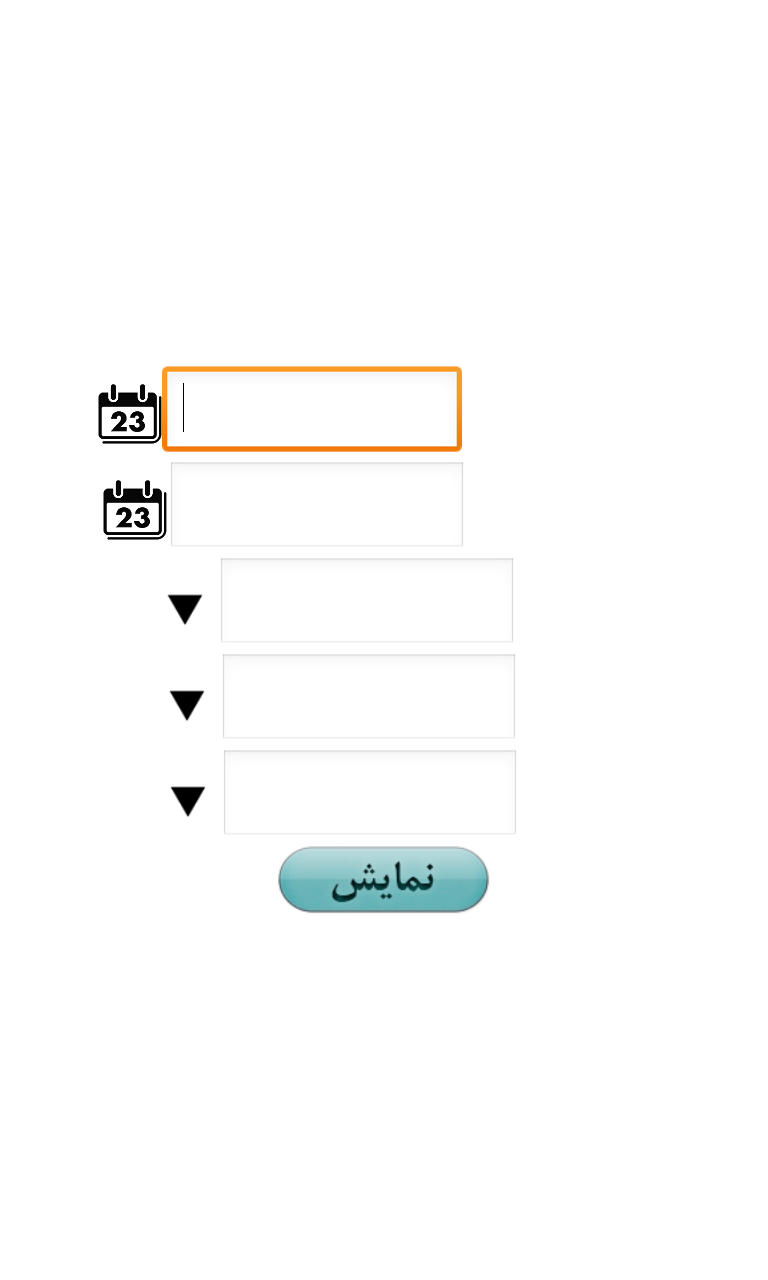
Repository: AtiehPardaz/Reports-Mobile
Layout: Reportsmobile/res/layout/frg_khazane_asnaddaryafti.xml
An editor plug-in stored every save of this project. The layout is shown before and after the next save, followed by the edit.
It is drawn on a 768 x 1280 px phone screen (xhdpi) without system bars, with theme Theme.behzad; the app's code is not run.

Above is the layout before, as saved 2015-03-11 13:25:46.

After the next save:
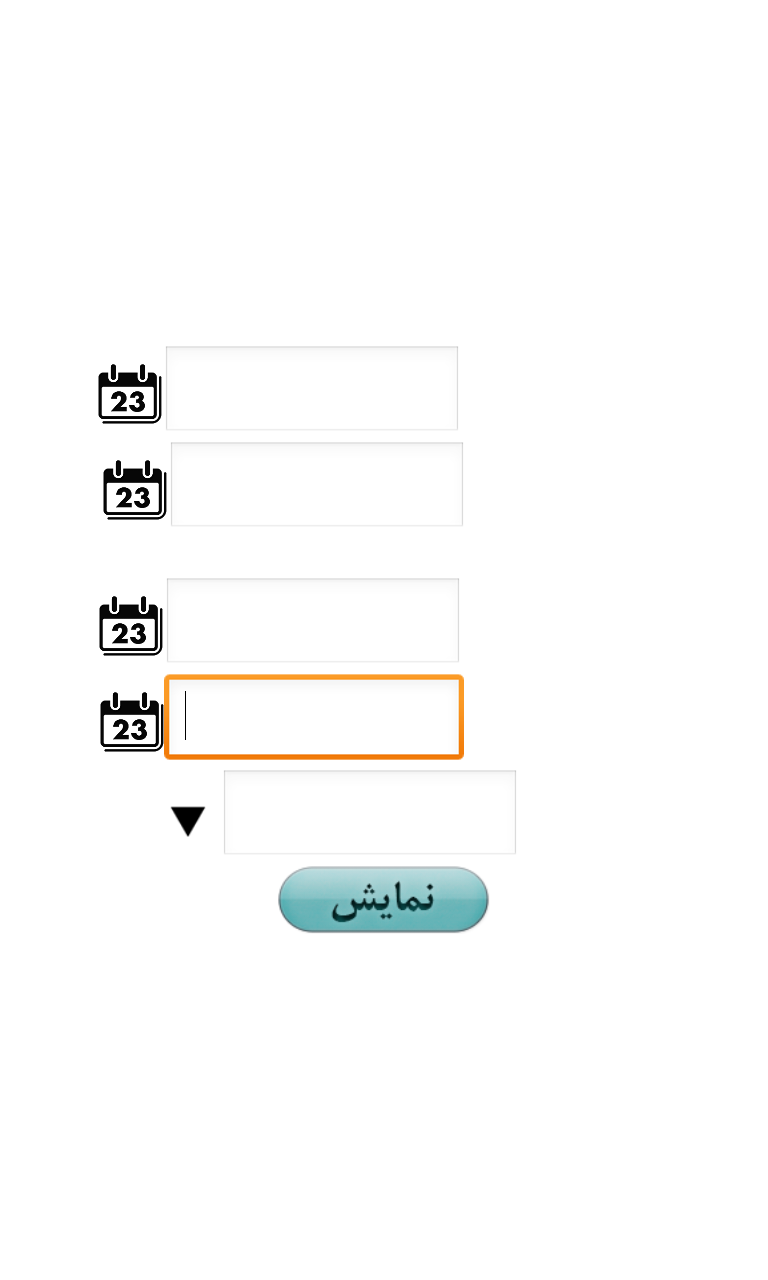
Saved 8 min 51 s later.
--- a/Reportsmobile/res/layout/frg_khazane_asnaddaryafti.xml
+++ b/Reportsmobile/res/layout/frg_khazane_asnaddaryafti.xml
@@ -19,7 +19,7 @@
             android:background="@drawable/ic_action_date" />
 
         <EditText
-            android:id="@+id/et_date_pardakhtenteha_khazane"
+            android:id="@+id/et_date_pardakhtebteda_khazane"
             android:layout_width="150dp"
             android:layout_height="wrap_content"
             android:layout_gravity="center"
@@ -48,14 +48,14 @@
             android:gravity="right" >
 
             <ImageButton
-                android:id="@+id/imgbtn_todatecustomer_forosh"
+                android:id="@+id/imgbtn_date_pardakhtenteha_khazane"
                 android:layout_width="32dp"
                 android:layout_height="32dp"
                 android:layout_gravity="center"
                 android:background="@drawable/ic_action_date" />
 
             <EditText
-                android:id="@+id/et_todatedaryafti_khazane"
+                android:id="@+id/et_date_pardakhtenteha_khazane"
                 android:layout_width="150dp"
                 android:layout_height="wrap_content"
                 android:layout_gravity="center"
@@ -77,67 +77,74 @@
         <LinearLayout
             android:layout_width="wrap_content"
             android:layout_height="wrap_content"
+            android:layout_marginTop="20dp"
             android:gravity="right" >
 
-            <ImageButton
-                android:id="@+id/imgbtn_customer_forosh"
-                android:layout_width="32dp"
+        <ImageButton
+            android:id="@+id/imgbtn_date_sarresidebteda_khazane"
+            android:layout_width="32dp"
                 android:layout_height="32dp"
                 android:layout_gravity="center"
-                android:background="@drawable/down" />
+            android:background="@drawable/ic_action_date" />
 
-            <EditText
-                android:id="@+id/et__customer_forosh"
-                android:layout_width="150dp"
-                android:layout_height="wrap_content"
-                android:layout_gravity="center"
-                android:inputType="date" />
+        <EditText
+            android:id="@+id/et_date_sarresidebteda_khazane"
+            android:layout_width="150dp"
+            android:layout_height="wrap_content"
+            android:layout_gravity="center"
+            android:inputType="date" >
 
-            <TextView
-                android:id="@+id/tv__customer_forosh"
-                android:layout_width="wrap_content"
-                android:layout_height="wrap_content"
-                android:layout_gravity="right|center"
-                android:gravity="right"
-                android:text="مشتری:   "
-                android:textAppearance="?android:attr/textAppearanceLarge"
-                android:textColor="#ffffff"
-                android:textSize="14sp" />
+            <requestFocus />
 
-        </LinearLayout>
+        </EditText>
 
-        <LinearLayout
+        <TextView
+            android:id="@+id/TextView011"
             android:layout_width="wrap_content"
             android:layout_height="wrap_content"
-            android:gravity="right" >
+            android:layout_gravity="right|center"
+            android:gravity="right"
+            android:text="تاریخ سررسید ابتدا: "
+            android:textAppearance="?android:attr/textAppearanceLarge"
+            android:textColor="#ffffff"
+            android:textSize="14sp" />
 
-            <ImageButton
-                android:id="@+id/imgbtn_bazaryab_forosh"
-                android:layout_width="32dp"
+    </LinearLayout>
+    <LinearLayout
+        android:layout_width="wrap_content"
+        android:layout_height="wrap_content"
+        android:gravity="right" >
+
+        <ImageButton
+            android:id="@+id/imgbtn_date_sarresidebteda_khazane"
+            android:layout_width="32dp"
                 android:layout_height="32dp"
                 android:layout_gravity="center"
-                android:background="@drawable/down" />
+            android:background="@drawable/ic_action_date" />
 
-            <EditText
-                android:id="@+id/et__bazarya_forosh"
-                android:layout_width="150dp"
-                android:layout_height="wrap_content"
-                android:layout_gravity="center"
-                android:inputType="date" />
+        <EditText
+            android:id="@+id/et_date_sarresidebteda_khazane"
+            android:layout_width="150dp"
+            android:layout_height="wrap_content"
+            android:layout_gravity="center"
+            android:inputType="date" >
 
-            <TextView
-                android:id="@+id/tv__bazarya_forosh"
-                android:layout_width="wrap_content"
-                android:layout_height="wrap_content"
-                android:layout_gravity="right|center"
-                android:gravity="right"
-                android:text="بازاریاب: "
-                android:textAppearance="?android:attr/textAppearanceLarge"
-                android:textColor="#ffffff"
-                android:textSize="14sp" />
+            <requestFocus />
 
-        </LinearLayout>
+        </EditText>
 
+        <TextView
+            android:id="@+id/TextView01"
+            android:layout_width="wrap_content"
+            android:layout_height="wrap_content"
+            android:layout_gravity="right|center"
+            android:gravity="right"
+            android:text="تاریخ سررسید انتها: "
+            android:textAppearance="?android:attr/textAppearanceLarge"
+            android:textColor="#ffffff"
+            android:textSize="14sp" />
+
+    </LinearLayout>
         <LinearLayout
             android:layout_width="wrap_content"
             android:layout_height="wrap_content"
